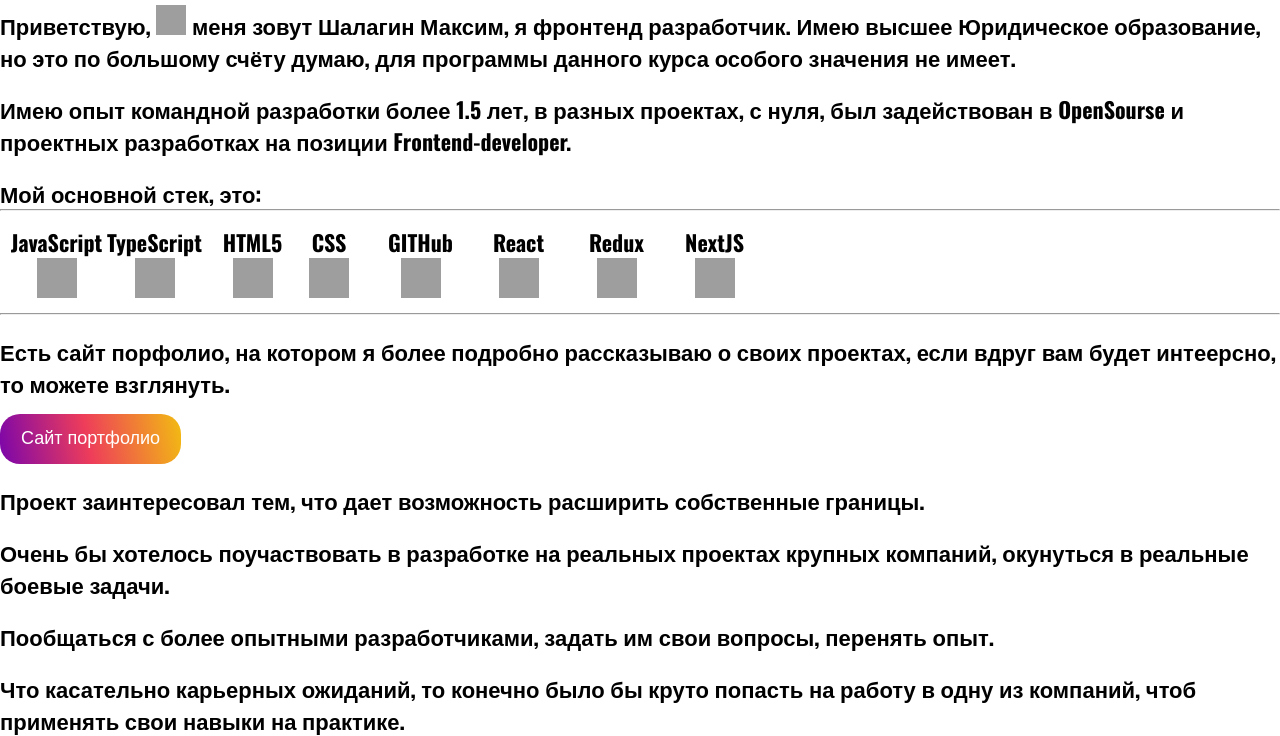
Repository: ni4egonepridumal/letter
Page: index.html
The author's editor kept a copy of each file at every save. The page is drawn from the files as they stood at one save, then again after the next save.
The browser window is 1280 px wide. The pictures show the whole page.
Pictures or frames that could not be fetched are drawn as grey boxes.

Above is the page before, as saved 2024-01-18 18:15:20.

### index.html
<!DOCTYPE html>
<html lang="en">
  <head>
    <meta charset="UTF-8" />
    <meta name="viewport" content="width=device-width, initial-scale=1.0" />
    <link rel="stylesheet" href="style.css" />
    <link rel="preconnect" href="https://fonts.googleapis.com" />
    <link rel="preconnect" href="https://fonts.gstatic.com" crossorigin />
    <link
      href="https://fonts.googleapis.com/css2?family=Oswald:wght@200..700&display=swap"
      rel="stylesheet"
    />
    <title>Document</title>
  </head>
  <body>
    <div class="container">
      <div class="inner">
        <p>
          Приветствую,
          <span>
            <img
              src="https://upload.wikimedia.org/wikipedia/commons/thumb/1/17/Noto_Emoji_Pie_1f44b_1f3fb.svg/1024px-Noto_Emoji_Pie_1f44b_1f3fb.svg.png"
              width="30"
              height="30"
              alt="smile"
            /> </span
          >меня зовут Шалагин Максим, я фронтенд разработчик. Имею высшее
          Юридическое образование, но это по большому счёту думаю, для программы
          данного курса особого значения не имеет.
        </p>
        <p>
          Имею опыт командной разработки более 1.5 лет, в разных проектах, с
          нуля, был задействован в OpenSourse и проектных разработках на позиции
          Frontend-developer.
        </p>
        <p>Мой основной стек, это:</p>
        <hr />

        <div class="myScills">
          <div class="img">
            <label>JavaScript</label
            ><img
              src="https://raw.githubusercontent.com/devicons/devicon/master/icons/javascript/javascript-original.svg"
              alt="javascript"
              width="40"
              height="40"
            />
          </div>
          <div class="img">
            <label>TypeScript</label
            ><img
              src="https://raw.githubusercontent.com/devicons/devicon/master/icons/typescript/typescript-original.svg"
              alt="typescript"
              width="40"
              height="40"
            />
          </div>
          <div class="img">
            <label>HTML5</label
            ><img
              src="https://raw.githubusercontent.com/devicons/devicon/master/icons/html5/html5-original-wordmark.svg"
              alt="html5"
              width="40"
              height="40"
            />
          </div>
          <div class="img_css">
            <label>CSS</label
            ><img
              src="https://raw.githubusercontent.com/devicons/devicon/master/icons/css3/css3-original-wordmark.svg"
              alt="css3"
              width="40"
              height="40"
            />
          </div>
          <div class="img">
            <label>GITHub</label
            ><img
              src="https://raw.githubusercontent.com/devicons/devicon/master/icons/github/github-original.svg"
              alt="git"
              width="40"
              height="40"
            />
          </div>
          <div class="img">
            <label>React</label
            ><img
              src="https://raw.githubusercontent.com/devicons/devicon/master/icons/react/react-original-wordmark.svg"
              alt="react"
              width="40"
              height="40"
            />
          </div>
          <div class="img">
            <label>Redux</label
            ><img
              src="https://raw.githubusercontent.com/devicons/devicon/master/icons/redux/redux-original.svg"
              alt="redux"
              width="40"
              height="40"
            />
          </div>
          <div class="img">
            <label>NextJS</label
            ><img
              src="https://cdn.worldvectorlogo.com/logos/nextjs-2.svg"
              alt="nextjs"
              width="40"
              height="40"
            />
          </div>
        </div>
        <hr />

        <p>
          Есть сайт порфолио, на котором я более подробно рассказываю о своих
          проектах, если вдруг вам будет интеерсно, то можете взглянуть.
        </p>
        <div style="margin-top: 15px">
          <a
            class="href"
            href="https://portfolio-three-taupe-20.vercel.app/"
            target="_blank"
          >
            <button class="inner_href">Сайт портфолио</button>
          </a>
        </div>
        <p>
          Проект заинтересовал тем, что дает возможность расширить собственные
          границы.
        </p>
        <p>
          Очень бы хотелось поучаствовать в разработке на реальных проектах
          крупных компаний, окунуться в реальные боевые задачи.
        </p>
        <p>
          Пообщаться с более опытными разработчиками, задать им свои вопросы,
          перенять опыт.
        </p>
        <p>
          Что касательно карьерных ожиданий, то конечно было бы круто попасть на
          работу в одну из компаний, чтоб применять свои навыки на практике.
        </p>
      </div>
    </div>
  </body>
</html>

### style.css
* {
  margin: 0;
  padding: 0;
  box-sizing: border-box;
}

body {
  font-size: 22px;
  font-weight: 700;
  font-family: "Oswald", sans-serif;
}
p {
  margin-top: 20px;
}
.container {
  display: flex;
  justify-content: center;
  align-items: center;
  height: 100vh;
}
.inner {
  max-width: 1500px;
}
.myScills {
  display: flex;
  flex-wrap: wrap;
  margin: 15px 0;
}
.img {
  width: 83px;
  display: flex;
  justify-content: center;
  flex-wrap: wrap;
  margin-left: 15px;
}
.img_css {
  width: 70px;
  display: flex;
  justify-content: center;
  flex-wrap: wrap;
}
.inner_href {
  width: 181px;
  height: 50px;
  padding: 0 15px;
  border-radius: 20px;
  border: none;
  background: linear-gradient(
    78.55deg,
    #7a05ab 0%,
    #ee3d5a 48.44%,
    #f2bc12 100%
  );
  cursor: pointer;
  font-size: 18px;
  color: white;
}
.inner_href:hover {
  background: linear-gradient(
    264.48deg,
    #7a05ab 7.38%,
    #ee3d5a 47.97%,
    #f2bc12 91.19%
  );
}
.href {
  text-decoration: none;
  vertical-align: middle;
}

After the next save:
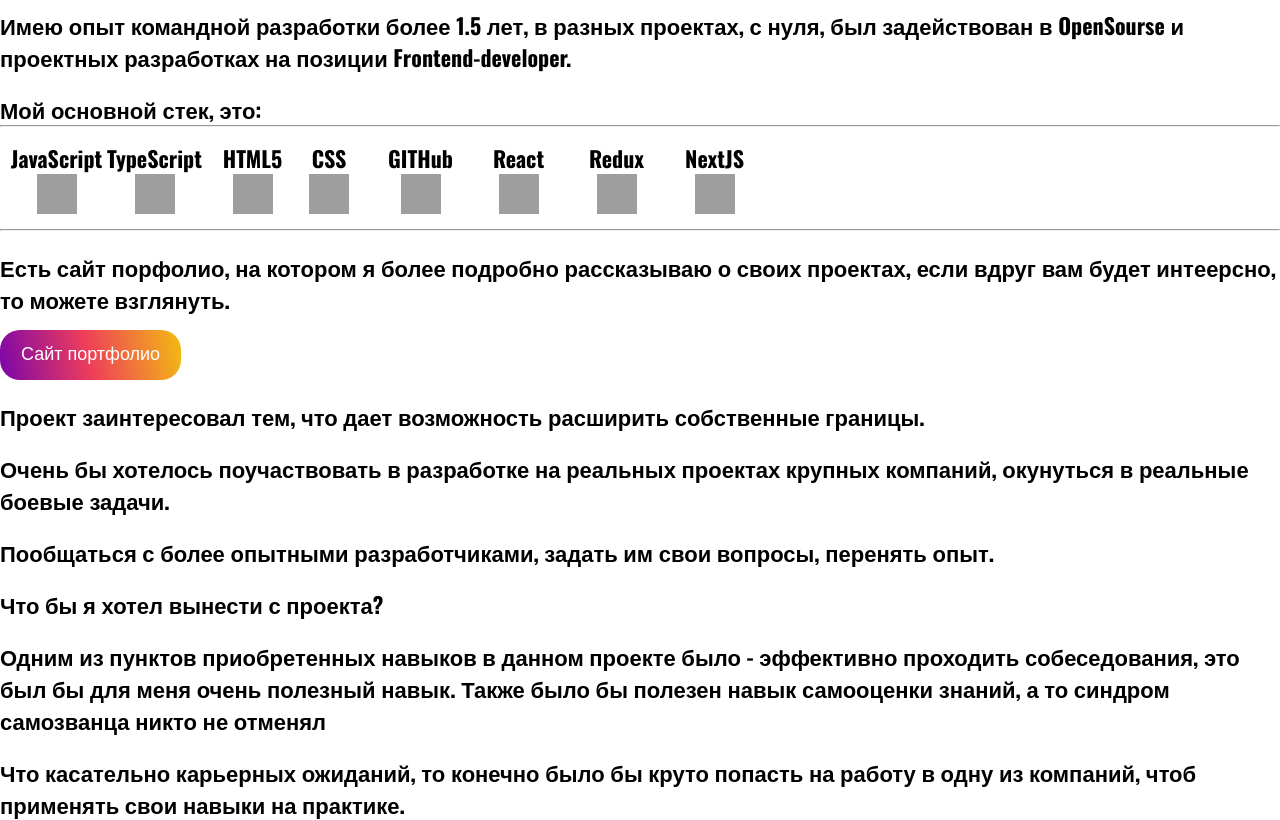
Saved 5 min 7 s later.
--- a/index.html
+++ b/index.html
@@ -137,6 +137,13 @@
           Пообщаться с более опытными разработчиками, задать им свои вопросы,
           перенять опыт.
         </p>
+        <p>Что бы я хотел вынести с проекта?</p>
+        <p>
+          Одним из пунктов приобретенных навыков в данном проекте было -
+          эффективно проходить собеседования, это был бы для меня очень полезный
+          навык. Также было бы полезен навык самооценки знаний, а то синдром
+          самозванца никто не отменял
+        </p>
         <p>
           Что касательно карьерных ожиданий, то конечно было бы круто попасть на
           работу в одну из компаний, чтоб применять свои навыки на практике.
